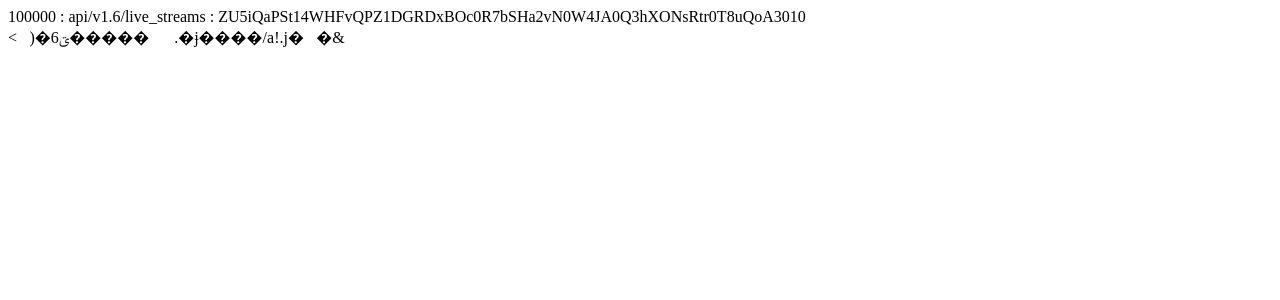
Repository: junhyeongShin/comunity_app
Page: http://localhost/Broadcast/curl copy.php
These files come from the project's save history. The page is drawn as it stood at one moment and after the next save; the edit follows.
The browser window is 1280 px wide. The pictures show the whole page.
The page is run by PHP 8.4 with error messages shown; the project is at /var/www/html/.

Above is the page before, as saved 2021-05-29 19:02:25.

After the next save:
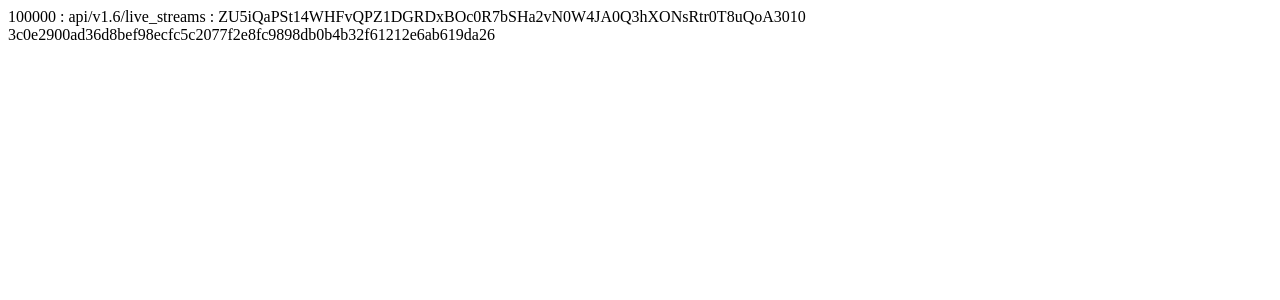
Saved 5 s later.
--- a/Broadcast/curl copy.php
+++ b/Broadcast/curl copy.php
@@ -10,7 +10,7 @@ $hmacData = ($timestamp.' : '.$path.' : '.$wscApiKey);
 echo $hmacData;
 echo '<br>';
 
-$hash_key = hash_hmac('sha256',$hmacData,$wscApiKey_hash,true);
+$hash_key = hash_hmac('sha256',$hmacData,$wscApiKey_hash,false);
 echo $hash_key;
 echo '<br>';
 
